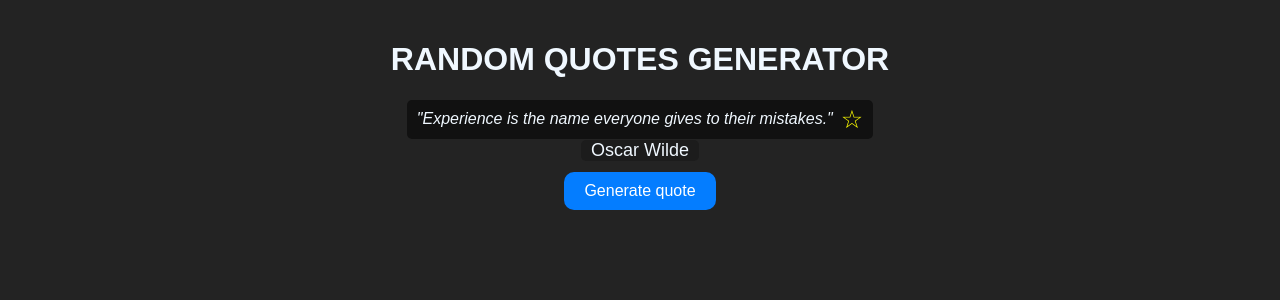
Repository: Adel-la/random-quotes
Page: index.html
These files come from the project's save history. The page is drawn as it stood at one moment and after a run of saves; the edit follows.
The browser window is 1280 px wide. The pictures show the whole page.

Above is the page before, as saved 2025-06-25 17:28:00.

### index.html
<!DOCTYPE html>
<html lang="ru">
<head>
  <meta charset="UTF-8" />
  <title>Random Quotes</title>
  <link rel="stylesheet" href="styles.css" />
</head>
<body>
  <main class="main">
    <h1>RANDOM QUOTES GENERATOR</h1>
    <div class="quote-container">
      <p id="quote" class="quote"></p>
      <button id="favorite" class="favorite">☆</button>
    </div>
    <p id="author" class="quote-author"></p>
    <button id="generate" class="btn">Generate quote</button>

    <div id="favorites-container" class="container"></div>
  </mainс>
  <script type="module" src="main.js"></script>
</body>
</html>

### styles.css
body {
  font-family: Arial, sans-serif;
  background-color: #232323;
  color: aliceblue;
  box-sizing: border-box;
  margin: 0;
  padding: 20px;
}

.container{
  max-width: 600px;
  margin: 50px auto;
  text-align: center;
}

.btn{
  padding: 10px 20px;
  font-size: 16px;
  background-color: #047dff;
  color: #fff;
  border: none;
  cursor: pointer;
  border-radius: 10px;
  margin-top: 10px;
  transition: background-color 0.3s ease;
}

.btn:hover{
  background-color: #004691;
}

.paragraph{
  background-color: #111111;
  border-radius: 5px;
  width: fit-content;
  padding: 5px;
  text-align: center;
  margin: 2px auto;
}

#quote::before,
#quote::after{
  content: '"';
}

.quote-container {
  display: inline-flex;
  align-items: center;
  justify-content: center;
  margin: 0 auto;
  background-color: #111;
  border-radius: 5px;
  padding: 5px 10px;
}

/* Убираем фон из quote, чтобы весь блок (цитата + звезда) имел один фон */
.quote {
  margin: 0;
  padding: 0;
  font-style: italic;
  display: inline;
}

/* Звездочка вплотную к цитате */
.favorite {
  color: yellow;
  background-color: transparent;
  font-size: 25px;
  border: none;
  margin-left: 8px;
  cursor: pointer;
  padding: 0;
}

.favorite-card {
  background-color: #1c1c1c;
  border: 1px solid #333;
  border-left: 5px solid #047dff;
  padding: 12px 16px;
  margin: 12px auto;
  border-radius: 12px;
  box-shadow: 0 2px 10px rgba(4, 125, 255, 0.1);
  max-width: 550px;
  transition: transform 0.2s ease, box-shadow 0.2s ease;
  position: relative;
  width: 40%;
}

.favorite-card:hover {
  transform: scale(1.02);
  box-shadow: 0 4px 15px rgba(4, 125, 255, 0.25);
}

.favorite-card .favorite-quote {
  font-style: italic;
  font-size: 16px;
  color: #ffffff;
  margin-bottom: 8px;
}

.favorite-card .quote-author {
  font-size: 14px;
  color: #bbbbbb;
  text-align: right;
}

.delete-btn {
  position: absolute;
  top: 0;
  right: 0;
  border: none;
  border-radius: 5px;
  color: white;
  background-color: #1c1c1c;
  cursor: pointer;
}

.delete-btn:hover {
  background-color: #047dff;
  transition: 0.5s;
}

.favorite-container {
  display: flex;
  flex-wrap: wrap;
  justify-content: center;
  gap: 10px;
}

.main{
  text-align: center;
}

.quote-author{
  background-color: #1c1c1c;
  margin: 1px auto;
  width: fit-content;
  font-size: large;
  padding: 0px 10px;
  border-radius: 5px;
}

### main.js
import quotes from './src/data/quotes.js';
import { generateAndDisplayQuote } from './src/handlers/quote.js';
import {
  generateBtn,
} from './src/ui/dom.js';

// Показать первую цитату сразу при загрузке страницы
generateAndDisplayQuote(quotes);

// Кнопка "Сгенерировать цитату"
generateBtn.addEventListener('click', () => {
  generateAndDisplayQuote(quotes);
});

### src/data/quotes.js
// Quotes array with English programming quotes and initial favorite = false
const quotes = [
  {
    text: "Code is like humor. When you have to explain it, it’s bad.",
    author: "Cory House",
    isFavorite: false,
  },
  {
    text: "First, solve the problem. Then, write the code.",
    author: "John Johnson",
    isFavorite: false,
  },
  {
    text: "Experience is the name everyone gives to their mistakes.",
    author: "Oscar Wilde",
    isFavorite: false,
  },
  {
    text: "In order to be irreplaceable, one must always be different.",
    author: "Coco Chanel",
    isFavorite: false,
  },
  {
    text: "Java is to JavaScript what car is to Carpet.",
    author: "Chris Heilmann",
    isFavorite: false,
  },
  {
    text: "Simplicity is the soul of efficiency.",
    author: "Austin Freeman",
    isFavorite: false,
  },
  {
    text: "Code never lies, comments sometimes do.",
    author: "Ron Jeffries",
    isFavorite: false,
  },
  {
    text: "Programming isn’t about what you know; it’s about what you can figure out.",
    author: "Chris Pine",
    isFavorite: false,
  },
  {
    text: "Make it work, make it right, make it fast.",
    author: "Kent Beck",
    isFavorite: false,
  },
  {
    text: "Any fool can write code that a computer can understand. Good programmers write code that humans can understand.",
    author: "Martin Fowler",
    isFavorite: false,
  }
];

export default quotes;

### src/handlers/quote.js
import { chooseRandomQuote } from './utils.js';
import { setRandomQuote } from '../core/state.js';
import { showQuote } from '../ui/index.js';
import { quoteElement, authorElement, favoriteBtn } from '../ui/dom.js';

// Функция генерации и отображения случайной цитаты
export function generateAndDisplayQuote(quotes) {
  const quote = chooseRandomQuote(quotes);
  setRandomQuote(quote);
  showQuote(quote, quoteElement, authorElement, favoriteBtn);
}

### src/ui/dom.js
export const quoteElement = document.getElementById('quote');
export const authorElement = document.getElementById('author');
export const generateBtn = document.getElementById('generate');
export const favoriteBtn = document.getElementById('favorite');
export const favoritesContainer = document.getElementById('favorites-container');

### src/handlers/utils.js
// Генерация уникального 8-символьного hex ID (буквы и цифры)
export function generateHexId() {
  return Math.floor(Math.random() * 0xffffffff)
    .toString(16)
    .padStart(8, '0');
}

// Функция выбора случайной цитаты из массива
export function chooseRandomQuote(quotes) {
  const index = Math.floor(Math.random() * quotes.length);
  return quotes[index];
}

### src/core/state.js
import { chooseRandomQuote } from '../handlers/utils.js';
import quotes from '../data/quotes.js';

let currentQuote = null;

// Функция для получения текущей цитаты
export function getRandomQuote() {
  if (!currentQuote) {
    currentQuote = chooseRandomQuote(quotes);
  }
  return currentQuote;
}

// Устанавливаем текущую цитату
export function setRandomQuote(quote) {
  currentQuote = quote;
}

### src/ui/index.js
import { updateFavoriteButton } from '../handlers/favorites.js';

// Функция для отображения цитаты и автора на странице
export function showQuote(quote, quoteElement, authorElement, favoriteBtn) {
  if (!quote) return;

  const { text, author, isFavorite } = quote;

  quoteElement.textContent = text;
  authorElement.textContent = author ? ` ${author}` : ' Unknown';

  updateFavoriteButton(isFavorite, favoriteBtn);
}

### src/handlers/favorites.js
import {
  favoritesContainer,
  favoriteBtn,
} from '../ui/dom.js';
import quotes from '../data/quotes.js';
import { getRandomQuote } from '../core/state.js';

// Создаём карточку избранной цитаты и добавляем в контейнер
export function addFavoriteCard(quoteObj, container) {
  const card = document.createElement('div');
  card.id = quoteObj.id;
  card.classList.add('favorite-card');

  card.innerHTML = `
      <button class="delete-btn">🗑</button>
      <p class="favorite-quote">"${quoteObj.text}"</p>
      <span class="quote-author">– ${quoteObj.author}</span>
    `;

  container.appendChild(card);
}

// Удаляем карточку цитаты из избранного
export function removeCardOfFavorite(container, quote) {
  const cards = container.querySelectorAll('.favorite-card');
  cards.forEach((card) => {
    if (card.id === quote.id) {
      card.remove();
    }
  });
}

// Обновляем кнопку избранного (звёздочку)
export function updateFavoriteButton(isFavorite, button) {
  button.textContent = isFavorite ? '★' : '☆';
}

// Обработчик клика по кнопке удаления на карточке
export function handleDeleteClick(event, container, quotes, favoriteButton) {
  if (!event.target.classList.contains('delete-btn')) return;

  const card = event.target.closest('.favorite-card');
  if (!card) return;

  const quoteObj = quotes.find((q) => q.id === card.id);
  if (!quoteObj) return;

  quoteObj.isFavorite = false;
  updateFavoriteButton(false, favoriteButton);

  card.remove();
}

// Переключение состояния избранного цитаты
export function toggleFavorite(quote, container, button) {
  quote.isFavorite = !quote.isFavorite;
  updateFavoriteButton(quote.isFavorite, button);

  if (quote.isFavorite) {
    addFavoriteCard(quote, container);
  } else {
    removeCardOfFavorite(container, quote);
  }
}

// Настройка обработчиков избранного (звёздочка и удаление карточек)
export function setupFavoriteHandlers(favoritesContainer, favoriteBtn, quotes) {
  favoriteBtn.addEventListener('click', () => {
    const quote = getRandomQuote();
    if (!quote) return;
    toggleFavorite(quote, favoritesContainer, favoriteBtn);
  });

  favoritesContainer.addEventListener('click', (event) => {
    handleDeleteClick(event, favoritesContainer, quotes, favoriteBtn);
  });
}

// Инициализация обработчиков
setupFavoriteHandlers(favoritesContainer, favoriteBtn, quotes);

After the next 2 saves:
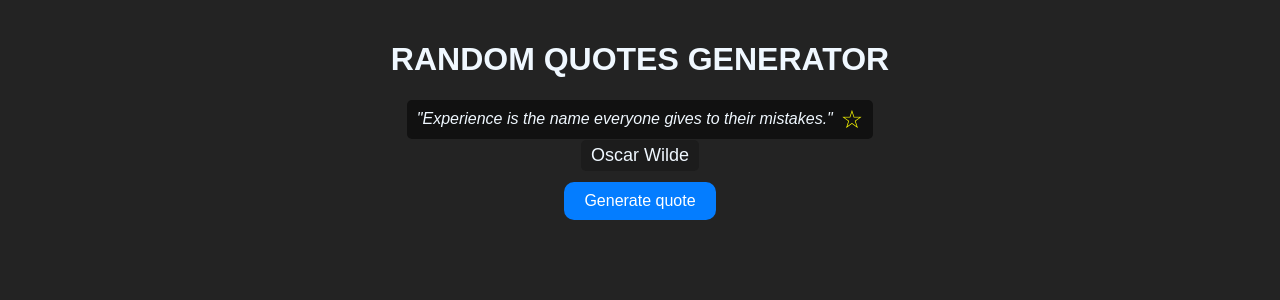
The 2 saves are shown as one change because they came seconds apart.
The last was saved 8 s later.
--- a/styles.css
+++ b/styles.css
@@ -136,6 +136,6 @@
   margin: 1px auto;
   width: fit-content;
   font-size: large;
-  padding: 0px 10px;
+  padding: 5px 10px;
   border-radius: 5px;
 }
